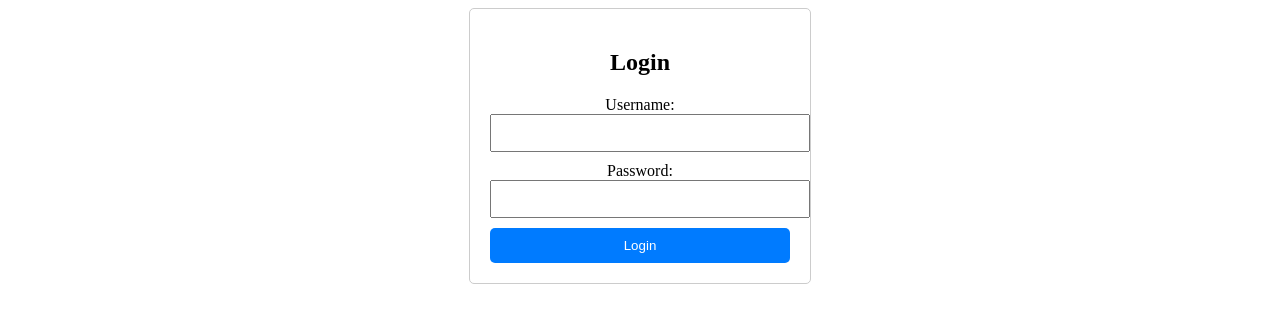
Repository: muke2110/aws_services
Page: /
The author's editor kept a copy of each file at every save. The page is drawn from the files as they stood at one save, then again after the next save.
The browser window is 1280 px wide. The pictures show the whole page.
The project was rebuilt for these pictures with package versions that can differ from the ones it lists, and the page was loaded fresh each time. Also part of the build but not shown: src/component/Dashboard.js.

Above is the page before, as saved 2024-02-17 06:58:20.

After the next save:
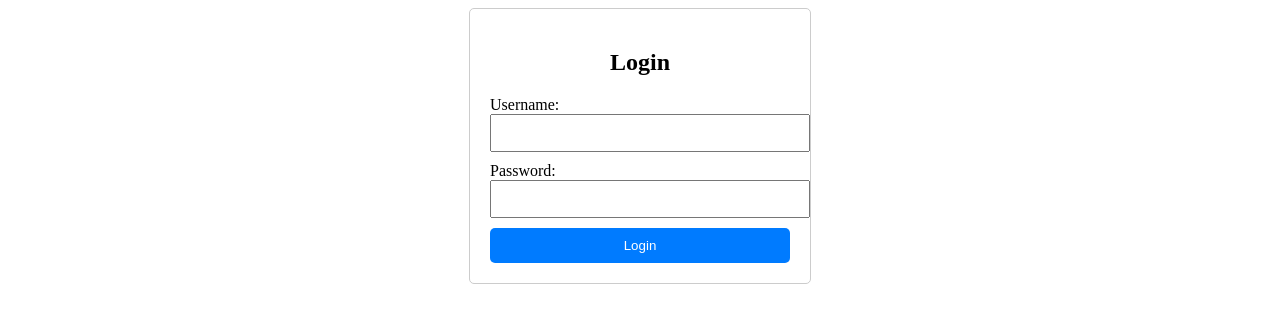
Saved 2 min 55 s later.
--- a/src/App.js
+++ b/src/App.js
@@ -1,6 +1,6 @@
 // App.js
-import React, { useState } from 'react';
-import './App.css';
+import React from 'react';
+import { BrowserRouter as Router, Routes, Route } from 'react-router-dom';
 import { Amplify } from 'aws-amplify';
 import awsconfig from './aws-exports';
 import Login from './component/Login';
@@ -9,21 +9,15 @@ import Dashboard from './component/Dashboard'; // Import the Dashboard component
 Amplify.configure(awsconfig);
 
 function App() {
-  const [isAuthenticated, setIsAuthenticated] = useState(false); // State to track authentication status
-
-  // Function to set authentication status
-  const handleAuthentication = (status) => {
-    setIsAuthenticated(status);
-  };
-
   return (
-    <div className="App">
-      {isAuthenticated ? ( // Render Dashboard if authenticated
-        <Dashboard />
-      ) : (
-        <Login onAuthentication={handleAuthentication} /> // Pass the handler to Login
-      )}
-    </div>
+    <Router>
+      <div className="App">
+        <Routes>
+          <Route path="/" element={<Login />} />
+          <Route path="/dashboard" element={<Dashboard />} />
+        </Routes>
+      </div>
+    </Router>
   );
 }
 
